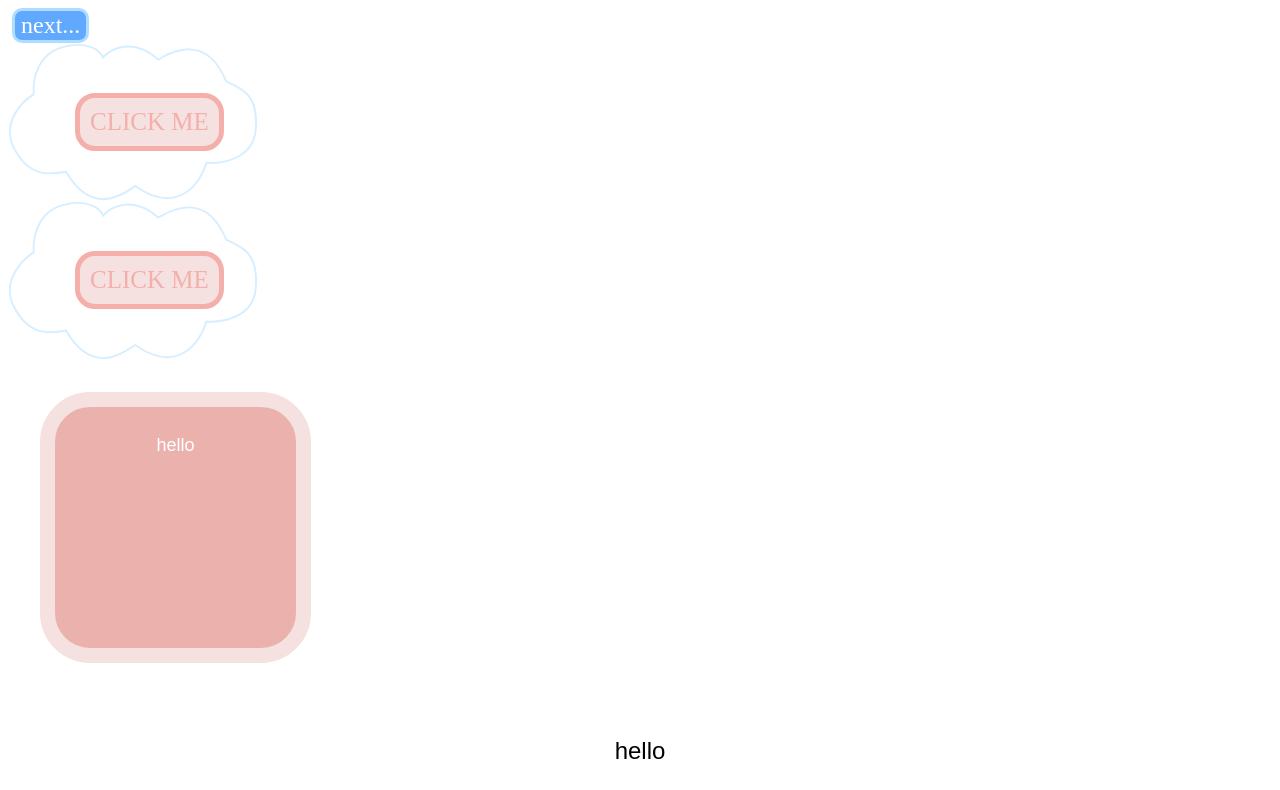
Repository: SoleilDagneau/MDIA2109Midterm
Page: index.html
The author's editor kept a copy of each file at every save. The page is drawn from the files as they stood at one save, then again after the next save.
The browser window is 1280 px wide. The pictures show the whole page.
Some web fonts or font styles are not loaded; a fallback is used.

Above is the page before, as saved 2022-03-01 19:42:04.

### index.html
<!DOCTYPE html>
<html lang="en">
<head>
    <meta charset="UTF-8">
    <meta http-equiv="X-UA-Compatible" content="IE=edge">
    <meta name="viewport" content="width=device-width, initial-scale=1.0">
    <title>Document</title>

    <link rel="preconnect" href="https://fonts.googleapis.com">
    <link rel="preconnect" href="https://fonts.gstatic.com" crossorigin>
    <link href="https://fonts.googleapis.com/css2?family=Passion+One:wght@400;700&display=swap" rel="stylesheet">

    <script src="utils/speechbubble.js"></script>
    <script src="utils/clickbubble.js"></script>
    <script src="utils/squarecard.js"></script>
    <script src="utils/blobcard.js"></script>

</head>
<body>

    <the-speechbubble
    button_text="next..."
    ></the-speechbubble>


    <the-clickbubble
    desc_text="CLICK ME"
    ></the-clickbubble>

    <the-clickbubble
    desc_text="CLICK ME"
    ></the-clickbubble>


    <the-squarecard
    info_text="hello"
    ></the-squarecard>

    <the-blobcard
    blob_text="hello"
    ></the-blobcard>

</body>
</html>

### utils/speechbubble.js
//MUST HAVE - CREATE A TEMPLATE TAG
var template_speechbub = document.createElement("template"); //<template> </template> RULE

//To-do - CREATE THE UI HERE!
template_speechbub.innerHTML = `

<style>
    #next_button {
        background-color:#61A8FF;
        border:3px solid #AFDDFF;
        border-radius: 10px;
        font-family: 'passion one', cursive;
        color: white;
        font-size:24px;
    }

</style>
<img id="speech_bubble" src="" alt=""/>
<button id="next_button">
    next...
</button>

`;

//MUST HAVE - CREATE A CLASS WITH HTMLELEMENT POWERS (interfaces/functionalities)
class TheSpeechBubble extends HTMLElement {

    //MUST HAVE - CREATE A CONSTRUCTOR TO DO INITAL ASSOCIATIONS
    constructor(){
        super(); //pass on the HTMLElement super powers!
        this.attachShadow({mode:"open"}) //Attach it to the shadowRoot

        //To-do - CREATE THE STATES FOR THE UI HERE!
    }

    //MUST HAVE - FUNCTION THAT RUNS AFTER IT'S CONNECTED
    connectedCallback(){
        this.shadowRoot.appendChild(template_speechbub.content.cloneNode(true));
        this.shadowRoot.querySelector("#next_button").innerText = this.getAttribute("button_text"); //use the template to make a clone
    }

    //To-do - CREATE THE FUNCTIONALITIES HERE!
}

//MUST HAVE - define the tag for the custom elements
customElements.define("the-speechbubble", TheSpeechBubble)

### utils/clickbubble.js
//MUST HAVE - CREATE A TEMPLATE TAG
var template_clickbubble = document.createElement("template"); //<template> </template> RULE

//To-do - CREATE THE UI HERE!
template_clickbubble.innerHTML = `

<style>
    #desc_text {
        font-family:'passion one', cursive;
        color: #F4AFAB;
        font-size:25px;
        padding: 10px;
        background-color:#F4E1E0;
        border: 5px solid #F4AFAB;
        border-radius: 20px;
        position: absolute;
        display:flex;
        left:25px;
        margin:50px;
    }
    img{
        width: 250px;
    }
    #click_bubble{
        display:flex;
    }
</style>
<div id="click_bubble">
    <img src="imgs/cloud.svg" alt="cloud svg"/>
        <button id="desc_text">
            CLICK ME
        </button>
</div>

`;

//MUST HAVE - CREATE A CLASS WITH HTMLELEMENT POWERS (interfaces/functionalities)
class TheClickBubble extends HTMLElement {

    //MUST HAVE - CREATE A CONSTRUCTOR TO DO INITAL ASSOCIATIONS
    constructor(){
        super(); //pass on the HTMLElement super powers!
        this.attachShadow({mode:"open"}) //Attach it to the shadowRoot

        //To-do - CREATE THE STATES FOR THE UI HERE!
    }

    //MUST HAVE - FUNCTION THAT RUNS AFTER IT'S CONNECTED
    connectedCallback(){
        this.shadowRoot.appendChild(template_clickbubble.content.cloneNode(true));
        this.shadowRoot.querySelector("#desc_text").innerText = this.getAttribute("desc_text"); //use the template to make a clone
    }

    //To-do - CREATE THE FUNCTIONALITIES HERE!
}

//MUST HAVE - define the tag for the custom elements
customElements.define("the-clickbubble", TheClickBubble)

### utils/squarecard.js
//MUST HAVE - CREATE A TEMPLATE TAG
var template_scard = document.createElement("template"); //<template> </template> RULE

//To-do - CREATE THE UI HERE!
template_scard.innerHTML = `

<style>
    #info_card {
        background-color:#EBB2AD;
        width: 241px;
        height:241px;
        border: 15px solid #F4E1E0;
        border-radius: 50px;
        margin: 2rem;
    }
    #info_text {
        display:flex;
        justify-content:center;
        font-size:18px;
        font-family: 'nunito', sans-serif;
        color: white;
        padding: 10px;

    }
</style>
<div id="info_card">
    <p id="info_text">info text</p>
</div>
`;

//MUST HAVE - CREATE A CLASS WITH HTMLELEMENT POWERS (interfaces/functionalities)
class TheSquareCard extends HTMLElement {

    //MUST HAVE - CREATE A CONSTRUCTOR TO DO INITAL ASSOCIATIONS
    constructor(){
        super(); //pass on the HTMLElement super powers!
        this.attachShadow({mode:"open"}) //Attach it to the shadowRoot

        //To-do - CREATE THE STATES FOR THE UI HERE!
    }

    //MUST HAVE - FUNCTION THAT RUNS AFTER IT'S CONNECTED
    connectedCallback(){
        this.shadowRoot.appendChild(template_scard.content.cloneNode(true));
        this.shadowRoot.querySelector("#info_text").innerText = this.getAttribute("info_text"); //use the template to make a clone
    }

    //To-do - CREATE THE FUNCTIONALITIES HERE!
}

//MUST HAVE - define the tag for the custom elements
customElements.define("the-squarecard", TheSquareCard)

### utils/blobcard.js
//MUST HAVE - CREATE A TEMPLATE TAG
var template_bcard = document.createElement("template"); //<template> </template> RULE

//To-do - CREATE THE UI HERE!
template_bcard.innerHTML = `

<style>
    #blob_text {
        font-family:'nunito', sans-serif;
        font-size:24px;
        color:black;
        display:flex;
        justify-content:center;
    }
</style>
<img id="the_blobcard" src="" alt=""/>
<p id="blob_text">
blob text
</p>

`;

//MUST HAVE - CREATE A CLASS WITH HTMLELEMENT POWERS (interfaces/functionalities)
class TheBlobCard extends HTMLElement {

    //MUST HAVE - CREATE A CONSTRUCTOR TO DO INITAL ASSOCIATIONS
    constructor(){
        super(); //pass on the HTMLElement super powers!
        this.attachShadow({mode:"open"}) //Attach it to the shadowRoot

        //To-do - CREATE THE STATES FOR THE UI HERE!
    }

    //MUST HAVE - FUNCTION THAT RUNS AFTER IT'S CONNECTED
    connectedCallback(){
        this.shadowRoot.appendChild(template_bcard.content.cloneNode(true));
        this.shadowRoot.querySelector("#blob_text").innerText = this.getAttribute("blob_text");
         //use the template to make a clone
    }

    //To-do - CREATE THE FUNCTIONALITIES HERE!
}

//MUST HAVE - define the tag for the custom elements
customElements.define("the-blobcard", TheBlobCard)

After the next save:
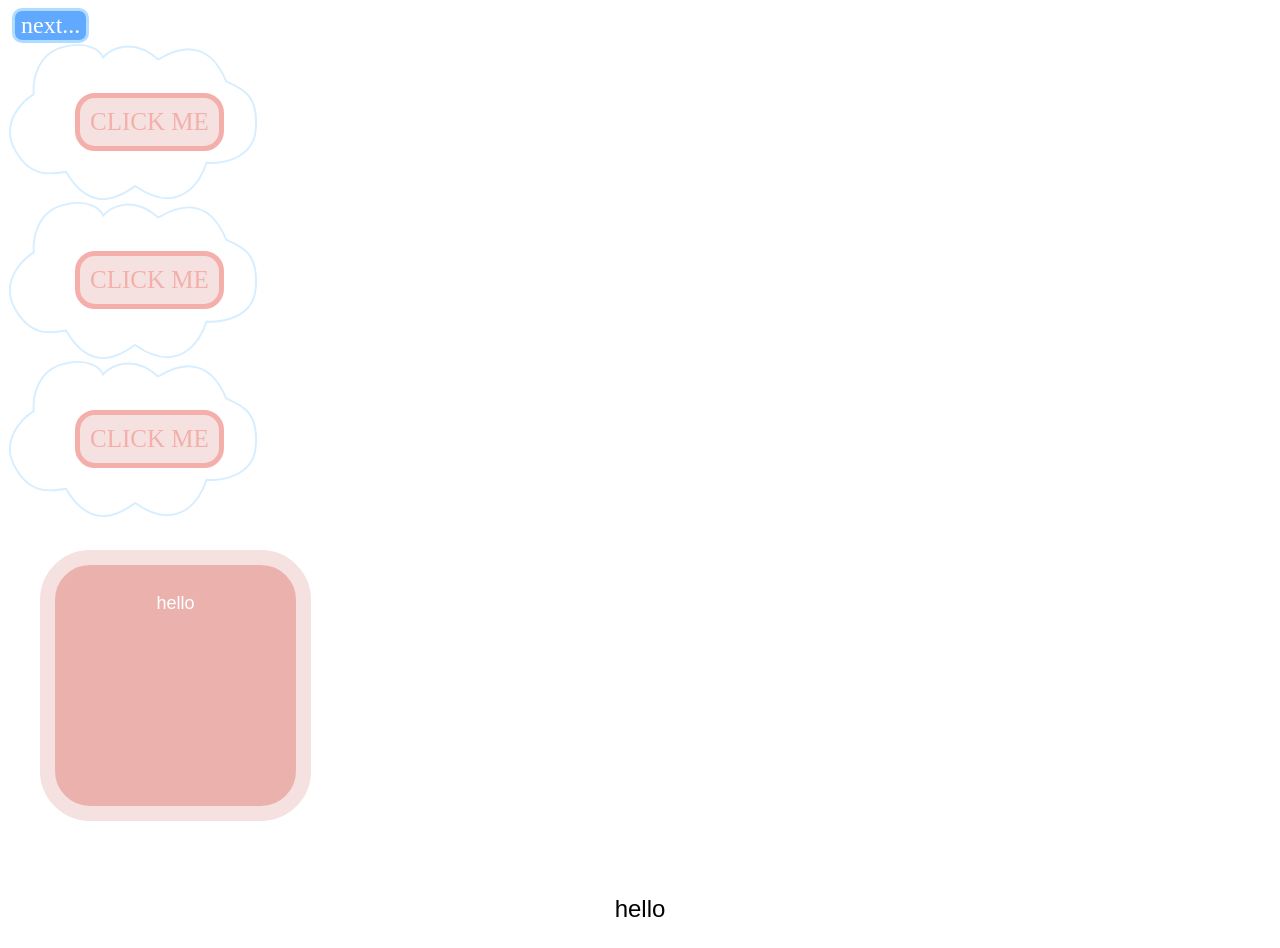
Saved 13 s later.
--- a/index.html
+++ b/index.html
@@ -31,6 +31,10 @@
     desc_text="CLICK ME"
     ></the-clickbubble>
 
+    <the-clickbubble
+    desc_text="CLICK ME"
+    ></the-clickbubble>
+
 
     <the-squarecard
     info_text="hello"
